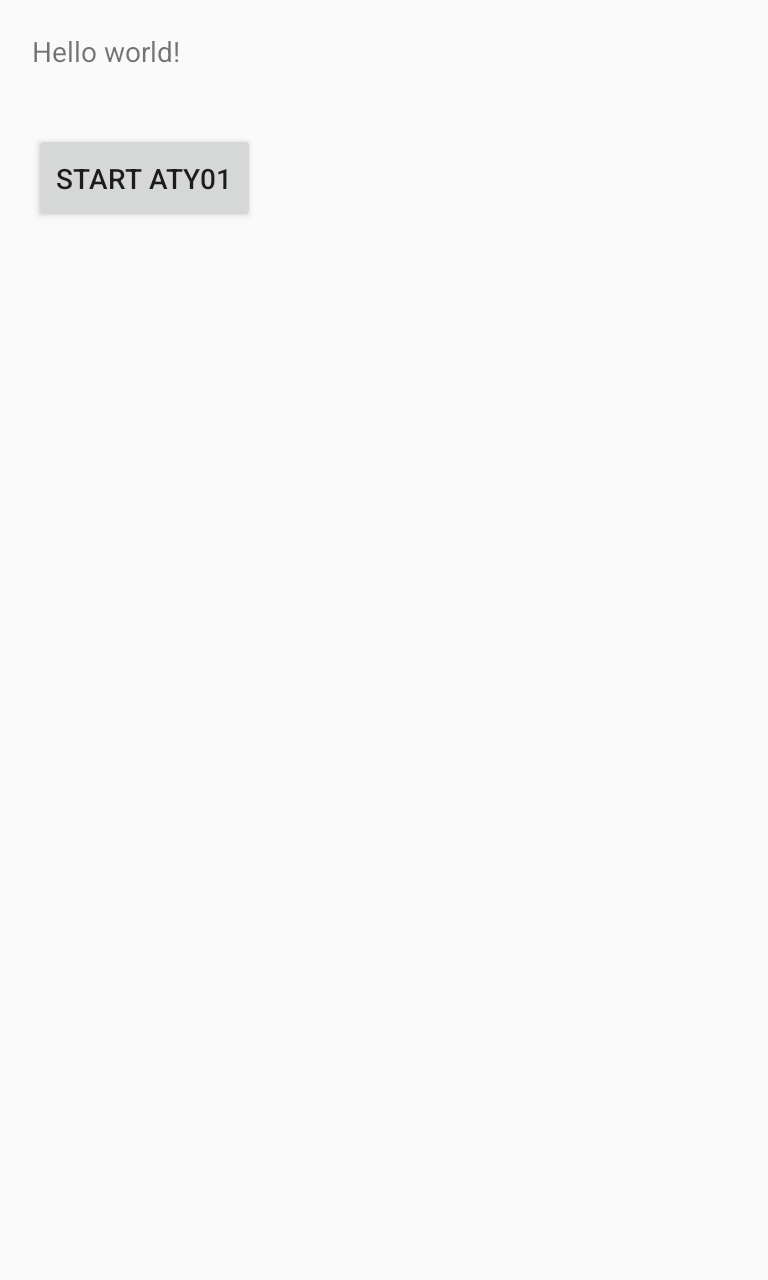
Repository: chenchangqing/learnandroid
Layout: example02/res/layout/activity_main.xml
The author's editor kept a copy of each file at every save. The layout is drawn from the files as they stood at one save, then again after the next save.
It is drawn on a 768 x 1280 px phone screen (xhdpi) without system bars, with theme AppTheme; the app's code is not run.

Above is the layout before, as saved 2015-08-15 16:39:12.

After the next save:
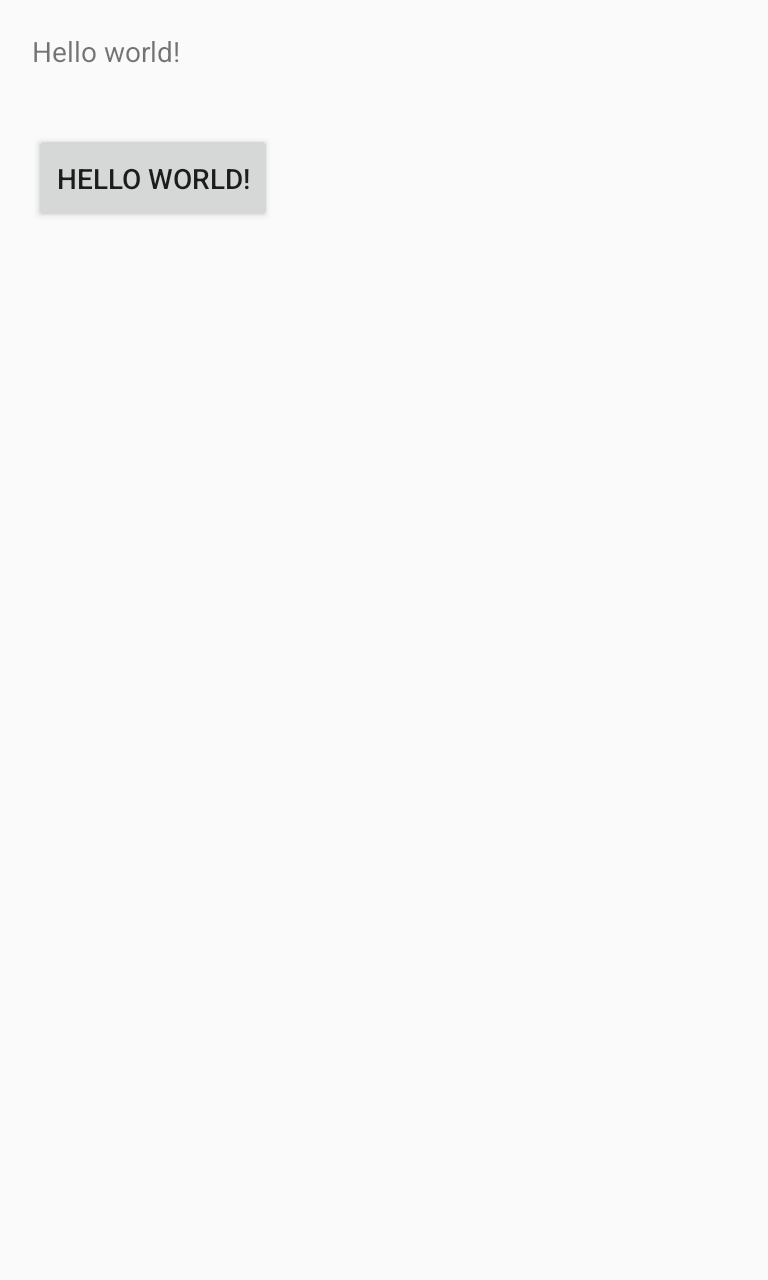
Saved 107 s later.
--- a/example02/res/layout/activity_main.xml
+++ b/example02/res/layout/activity_main.xml
@@ -21,6 +21,6 @@
         android:layout_alignLeft="@+id/textView1"
         android:layout_below="@+id/textView1"
         android:layout_marginTop="30dp"
-        android:text="Start Aty01" />
+        android:text="@string/hello_world" />
 
 </RelativeLayout>
